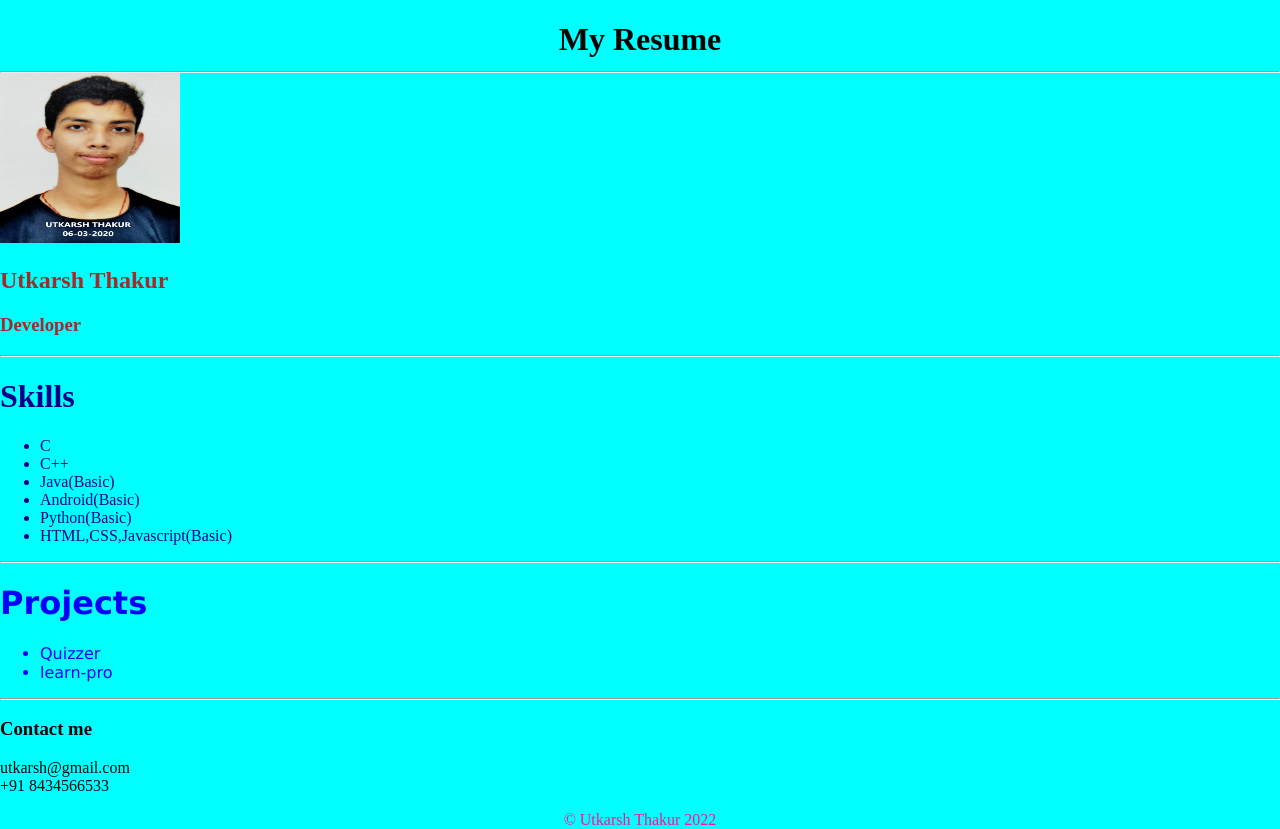
Repository: UtkarshThakur321/Utkarsh-Thakur-Profile
Page: index.html
These files come from the project's save history. The page is drawn as it stood at one moment and after the next save; the edit follows.
The browser window is 1280 px wide. The pictures show the whole page.

Above is the page before, as saved 2022-01-04 21:03:45.
Not found: main.js

### index.html
<!DOCTYPE html>
<html>
<head>
    <meta charset='utf-8'>
    <meta http-equiv='X-UA-Compatible' content='IE=edge'>
    <title>Page Title</title>
    <meta name='viewport' content='width=device-width, initial-scale=1'>
    <link rel='stylesheet' type='text/css' media='screen' href="index.css">
    <script src='main.js'></script>
</head>
<body>
    <div id="nav">
        <h1>My Resume</h1>
    </div>
    <hr>

    <div class="intro">
        <div id="image">
             <img src="main3.jpg" alt="DP_Utkarsh__Thakur"
             width="180" height="170">
        </div>
        <div>
            <h2>Utkarsh Thakur</h2>
            <h3>Developer</h3>
         </div>
    </div>
    <hr>

    <div id="skills">
        <h1>Skills</h1>
        <ul>
            <li>C</li>
            <li>C++</li>
            <li>Java(Basic)</li>
            <li>Android(Basic)</li>
            <li>Python(Basic)</li>
            <li>HTML,CSS,Javascript(Basic)</li>
        </ul>
    </div>

    <hr>
    <div id="projects">
        <h1>Projects</h1>
        <ul>
            <li>Quizzer</li>
            <li>learn-pro</li>
        </ul>
    </div>
    <hr>

    <div id="footer">
        <h3>Contact me</h3>
        <p>
            utkarsh@gmail.com<br>
            +91 8434566533

        </p>
            <div id="copyright">
         &copy; Utkarsh Thakur 2022
            </div>
        </div>



</body>
</html>

### index.css
body{
    width:100%;
    margin:0px;
    background-color:aqua

}

.intro{
    color:brown;

}

#image{
    width:50%;
}

hr{
    margin:0px;
}

#nav{
    height:50px;
    display:content;
    text-align: center;
    font-weight: 900;
    color:black;}
    /* text-align: center;
    font-family: Verdana, Geneva, Tahoma, sans-serif;
} */

#skills{
    color:darkblue;
    font-weight: 400;

}

#projects{
    font-family: Verdana, Geneva, Tahoma, sans-serif;
    color:blue;
}


/* #footer{
    text-align: center;
} */
#copyright{
    text-align: center;
    color:deeppink
}

After the next save:
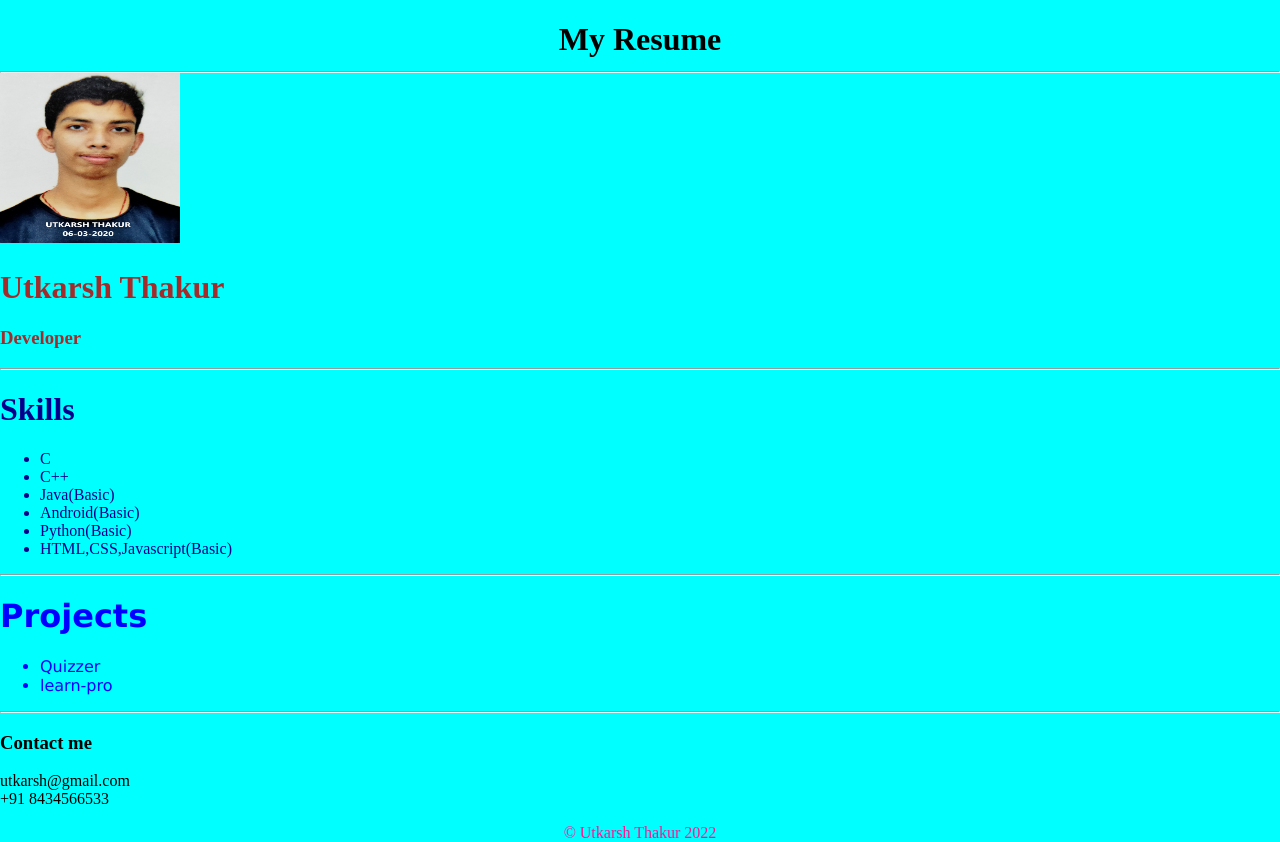
Saved 14 days later.
--- a/index.html
+++ b/index.html
@@ -19,8 +19,11 @@
              <img src="main3.jpg" alt="DP_Utkarsh__Thakur"
              width="180" height="170">
         </div>
+        <div is="profileName">
+            <h1>Utkarsh Thakur</h1>
+        </div>
         <div>
-            <h2>Utkarsh Thakur</h2>
+
             <h3>Developer</h3>
          </div>
     </div>
